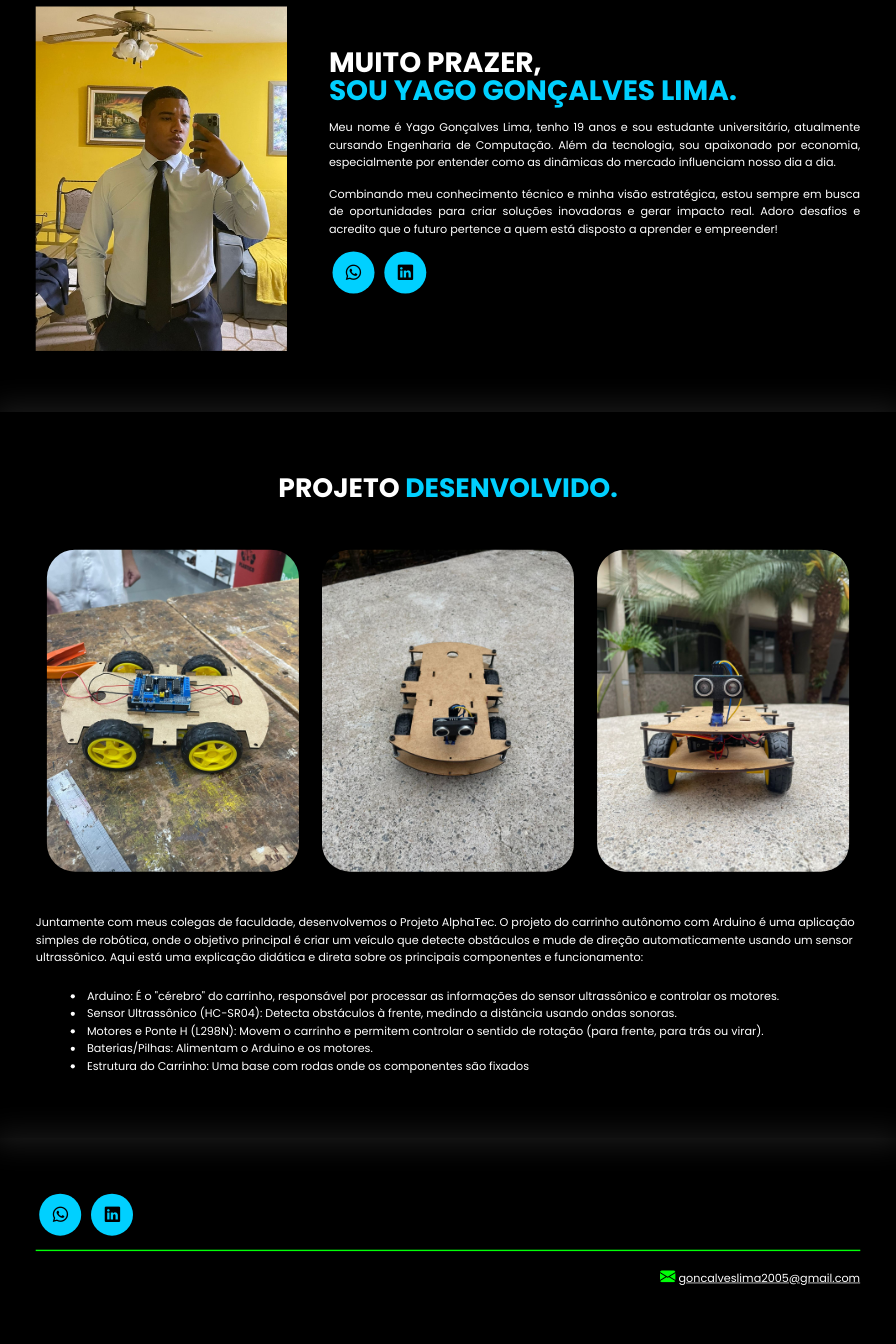
Repository: yagolima1511/Portfolio
Page: index.html
The author's editor kept a copy of each file at every save. The page is drawn from the files as they stood at one save, then again after the next save.
The browser window is 1280 px wide. The pictures show the part of the page from y = 1556 to 3476 px (the page is 3476 px tall), at 70% of full size.

Above is the page before, as saved 2025-02-13 22:19:26.

### index.html
<!DOCTYPE html>
<html lang="pt-br">
<head>
    <meta charset="UTF-8">
    <meta name="viewport" content="width=device-width, initial-scale=1.0">
    <link rel="preconnect" href="https://fonts.googleapis.com">
<link rel="preconnect" href="https://fonts.gstatic.com" crossorigin>
<link href="https://fonts.googleapis.com/css2?family=Cabin:ital,wght@0,400..700;1,400..700&family=Poppins:ital,wght@0,100;0,200;0,300;0,400;0,500;0,600;0,700;0,800;0,900;1,100;1,200;1,300;1,400;1,500;1,600;1,700;1,800;1,900&display=swap" rel="stylesheet">
<link rel="stylesheet" href="https://cdn.jsdelivr.net/npm/bootstrap-icons@1.11.3/font/bootstrap-icons.min.css">
    <link rel="stylesheet" href="style.css">
    <link rel="icon" href="imagens.portifolio/logo_yago_sem_fundo.png">
    <title>Yago Gonçalves Lima</title>
</head>
<body>

    <header>
        <div class="interface">
             <nav>
                <nav class="menu-desktop">
                    <ul>
                        <li><a href="#início">Início</a></li>
                        <li><a href="#especialidades">Especialidades</a></li>
                        <li><a href="#sobre">Sobre</a></li>
                        <li><a href="#projetos">Projetos</a></li>
                    </ul>
                </nav>
             </nav>
             <div class="btn-contato">
                <a href="https://api.whatsapp.com/send?phone=5511951423405">
                    <button>Contato</button>
                </a>
             </div>
        </div><!--INTERFACE-->
    </header>

    <main>
        <section id="início">
        <section class="topo-do-site">
            <div class="interface">
                <div class="flex">
                    <div class="txt-topo-site">
                       <h1>PORTIFOLIO YAGO GONÇALVES LIMA <span>.</span></h1>
                       <p>Bem-vindo ao meu portfólio! Aqui, você encontrará informações sobre minhas experiências profissionais, trajetória acadêmica e cursos complementares, destacando meu desenvolvimento nas áreas administrativas, financeiras e técnicas. Cada etapa reflete meu comprometimento com aprendizado e resultados.</p>
                       <p>Além disso, este espaço é uma oportunidade para conhecer um pouco mais sobre mim, minhas habilidades, interesses e valores. Sinta-se à vontade para explorar e entrar em contato caso queira conversar ou colaborar em novos projetos!</p>

                       <div class="btn-contato">
                        <a href="https://www.canva.com/design/DAGZft-klJw/L4ZIEv-Um3k0rW6E9iZL9g/edit?utm_content=DAGZft-klJw&utm_campaign=designshare&utm_medium=link2&utm_source=sharebutton">
                            <button>Dashboard CV</button>
                        </a>
                       </div>
                    </div>
                    <div class="img-topo-site">
                        <img id="img-home" src="imagens.portifolio/yago sem fundo.png" alt="" class="tamanho-fixo">

                    </div>
                </div>
            </div>
        </section>
    </section>
        <section id="especialidades">

        <section class="especialidades">
            <div class="interface">
                <h2 class="titulo">MINHAS <span>ESPECIALIDADES.</span></h2>
                <div class="flex">
                     <div class="especialidades-box">
                     <i class="bi bi-code-square"></i>
                     <h3>Habilidades</h3>
                     <p>Sou um profissional proativo, esforçado e com grande vontade de aprender, características que me ajudam a enfrentar desafios e buscar soluções inovadoras. Tenho domínio no Pacote Office, o que me permite atuar de forma eficiente em tarefas administrativas e organizacionais. Além disso, minha criatividade contribui para pensar fora da caixa e agregar valor em diferentes contextos.</p>
                </div>


                     <div class="especialidades-box">
                        <i class="bi bi-highlighter"></i>
                     <h3>Cursos Complementares</h3>
                     <p>Possuo cursos complementares em Veículos Elétricos e Híbridos, Empreendedorismo e Finanças Pessoais, que ampliam meu conhecimento em áreas estratégicas e práticas. Essas formações reforçam minha visão inovadora e meu compromisso com o aprendizado contínuo.</p>
                </div>

                     <div class="especialidades-box">
                        <i class="bi bi-person-workspace"></i>
                     <h3>Experiências</h3>
                     <p>Possuo experiência em áreas administrativas e financeiras, com passagens por empresas como D.R. Lima, onde atuei como assistente financeiro e administrativo, e atualmente na Rede Duque, desempenhando a função de auxiliar administrativo. Entre minhas responsabilidades estão controle de caixas, conferência de valores, gestão de orçamentos, emissão de notas fiscais e controle de despesas.
                    </p>
                </div>
            </div>
        </section>
    </section>
             <section id="sobre">
                    <section class="sobre">
                        <div class="interface">
                            <div class="flex">
                                <div class="img-sobre">
                                    <img src="imagens.portifolio/camisa gravata.jpeg" alt="" class="tamanho-fixo">
                                </div>
                                <div class="txt-sobre">
                                      <h2>MUITO PRAZER,<span> SOU YAGO GONÇALVES LIMA.</span> </h2>
                                          <p>Meu nome é Yago Gonçalves Lima, tenho 19 anos e sou estudante universitário, atualmente cursando Engenharia de Computação. Além da tecnologia, sou apaixonado por economia, especialmente por entender como as dinâmicas do mercado influenciam nosso dia a dia.</p>
                                          <p>Combinando meu conhecimento técnico e minha visão estratégica, estou sempre em busca de oportunidades para criar soluções inovadoras e gerar impacto real. Adoro desafios e acredito que o futuro pertence a quem está disposto a aprender e empreender!</p>
                                          <div class="btn-social">

                                                <a href="https://api.whatsapp.com/send?phone=5511951423405"><button><i class="bi bi-whatsapp"></i></button></a>
                                                <a href="https://www.linkedin.com/in/yago-lima-50758a299?utm_source=share&utm_campaign=share_via&utm_content=profile&utm_medium=ios_app"><button><i class="bi bi-linkedin"></i></button></a>

                                          </div>
                                </div>

                            </div>
                        </div>
                    </section>
                </section>
                    <section id="projetos">

                    <section class="projetos">
                        <div class="interface">
                            <h2><h2 class="titulo">PROJETO <span>DESENVOLVIDO.</span></h2></h2>

                           <div class="flex">
                            <div class="img-proj" style="background-image: url(imagens.portifolio/WhatsApp\ Image\ 2024-12-10\ at\ 22.25.13.jpeg);">
                                <div class="overlay">Projeto AlphaTec</div>
                            </div>
                            <div class="img-proj" style="background-image: url(imagens.portifolio/WhatsApp\ Image\ 2024-12-10\ at\ 22.20.26.jpeg);">
                                <div class="overlay">Projeto AlphaTec</div>
                            </div>
                            <div class="img-proj" style="background-image: url(imagens.portifolio/WhatsApp\ Image\ 2024-12-10\ at\ 22.20.24.jpeg);">
                                <div class="overlay">Projeto AlphaTec</div>

                            </div>
                           </div>
                        </div>

                        <section class="projeto">
                            <div class="interface">
                                <div class="flex">
                        <div class="txt-paragrafo-projeto">
                                <p>Juntamente com meus colegas de faculdade, desenvolvemos o Projeto AlphaTec. O projeto do carrinho autônomo com Arduino é uma aplicação simples de robótica, onde o objetivo principal é criar um veículo que detecte obstáculos e mude de direção automaticamente usando um sensor ultrassônico. Aqui está uma explicação didática e direta sobre os principais componentes e funcionamento:</p>

                        </div> <!--txt-->
                    </div>
                            </div><!--INTERFACE-->



                     </section>


                     <ul>
                        <li>
                            Arduino: É o "cérebro" do carrinho, responsável por processar as informações do sensor ultrassônico e controlar os motores.
                        <li>

                                Sensor Ultrassônico (HC-SR04): Detecta obstáculos à frente, medindo a distância usando ondas sonoras.
                            </li>
                            <li>
                                Motores e Ponte H (L298N): Movem o carrinho e permitem controlar o sentido de rotação (para frente, para trás ou virar).
                            </li>
                            <li>
                                Baterias/Pilhas: Alimentam o Arduino e os motores.
                            </li>
                            <li>
                                Estrutura do Carrinho: Uma base com rodas onde os componentes são fixados
                            </li>
                        </ul>

                    </section>
                </section>


    </main>
    <footer>
        <div class="interface">
            <div class="line-footer">
                <div class="flex">
                <div class="btn-social">

                    <a href="https://api.whatsapp.com/send?phone=5511951423405"><button><i class="bi bi-whatsapp"></i></button></a>
                    <a href="https://www.linkedin.com/in/yago-lima-50758a299?utm_source=share&utm_campaign=share_via&utm_content=profile&utm_medium=ios_app"><button><i class="bi bi-linkedin"></i></button></a>

              </div>
            </div>
            </div>
                <div class="line-footer borda">
                    <p><i class="bi bi-envelope-fill"></i> <a href="mailto:goncalveslima2005@gmail.com">goncalveslima2005@gmail.com</a></p>

            </div>

        </div>
    </footer>
</body>
</html>

### style.css
/*ESTILO GERAL*/
html {
    scroll-behavior: smooth;
}

*{
    margin: 0;
    padding: 0;
    box-sizing: 0;
    font-family: "Poppins", serif;
}

body{
    background-color: black;
    height: 100vh;
}

.interface{
    max-width: 1280px;
    margin: 0 auto;
}

.flex{
    display: flex;
}

.btn-contato button{
    padding: 10px 40px;
    font-size: 18px;
    font-weight: 700;
    background-color: #00d0ff;
    border: 0;
    border-radius: 30px;
    cursor: pointer;
    transition: .2s;
}

h2.titulo{
    color: white;
    font-size: 38px;
    text-align: center;
}

h2.titulo span{
    color: #00d0ff;
}

 button:hover{
    box-shadow: 0px 0px 8px #00d0ff;
    transform: scale(1.05);
}

/* ESTILO DO CABEÇALHO */
header{
    padding: 40px 4%;
}

header > .interface{
    display: flex;
    align-items: left;
    justify-content: space-between;
}

header a{
    color: #7d7d7d;
    text-decoration: none;
    display: inline-block;
    transition: .2s;
}

header a:hover{
    color:#fff;
    transform: scale(1.05);
}

header nav ul{
    list-style-type: none;
}

header nav ul li{
    display: inline-block;
    padding: 0 50px;
}

/* ESTILO DO TOPO DO SITE */
section.topo-do-site{
    padding: 40px 0%;
}

section.top-do-site.flex{
    align-items: center;
    justify-content: center;
    gap: 90px;
}

.topo-do-site h1{
    color: white;
    font-size: 42px;
    line-height: 40px;
}

.txt-topo-site span{
    color: #00ff08;
}

.topo-do-site .txt-topo-site p{
    color: white;
    margin: 40px 30px;

}

.topo-do-site .img-topo-site img{
    position: relative;
    animation: flutuar 2s ease-in-out infinite alternate;
}

@keyframes flutuar{
    0%{
        top: 0;
    }
    100%{
        top: 30px;
    }
}

/* ESPECIALIDADES */
section.especialidades{
    padding: 40px 4%;
}

section.especialidades .flex{
    gap: 60px;
}

.especialidades .especialidades-box{
    color: white;
    padding: 40px;
    border-radius: 20px;
    margin-top: 45px;
    transition: .2s;
}

.especialidades .especialidades-box:hover{
    transform: scale(1.05);
    box-shadow: 0 0 8px #ffffff78;
}

.especialidades .especialidades-box i{
    font-size: 80px;
    color: #00d0ff;
}

.especialidades .especialidades-box h3{
   font-size: 28px;
   margin: 15px 0;
}

/* ESTILO SOBRE */
section.sobre{
    padding: 80px 4%;
}

section.sobre .flex{
    align-items: center;
    gap: 60px;
}

.sobre .txt-sobre{
    color: white;
    line-height: 40px;
    margin-bottom: 30px;
}

.sobre .txt-sobre h2{
    font-size: 40px;
}

.sobre .txt-sobre h2 span{
    color: #00d0ff;
    display: block;
}

.sobre .txt-sobre p{
     margin: 20px 0;
     text-align: justify;
     line-height: 25px;
}

 .btn-social button{
     width: 60px;
     height: 60px;
     border-radius: 50%;
     border: none;
     background-color: #00d0ff;
     font-size: 22px;
     cursor: pointer;
     margin: 0 5px;
     transition: 2.s;
}

/* ESTILO DO PORTIFÓLIO */
section.projetos{
     padding: 80px 4%;
     box-shadow: 0 0 40px 10px rgba(255, 255, 255, 0.107);
}

section.projetos .flex{
    justify-content: space-around;
    margin-top: 60px;
}

.img-proj{
    width: 360px;
    height: 460px;
    background-size: cover;
    background-position: 100% 0%;
    transition: 1s;
    cursor: pointer;
    border-radius: 40px;  /* DEIXA A FOTO C ASA BORDAS REDONDAS */
    position: relative;
}

.img-proj:hover{
    background-position: 100% 100%;
}


.overlay{
    position: absolute;
    top: 0;
    left: 0;
    width: 100%;
    height: 100%;
    background-color: #010d01c3;
    border-radius: 40px;
    display: flex;
    align-items: center;
    justify-content: center;
    font-size: 24px;
    font-weight: 600;
    color: white;
    opacity: 0;
    transition: .5s;
}

.overlay:hover{
    opacity: 1;
}

.txt-paragrafo-projeto p{
    color: white;
    margin-bottom: 20px;
}

ul{
    list-style-position: inside;
    color: white;
    padding: 10px 50px;
}

/* ESTILO DO RODAPÉ */

footer{
    padding: 60px 4%;
    box-shadow: 0 0 40px 10px rgba(255, 255, 255, 0.090);
}

footer .flex{
    justify-content: space-between;
}

footer .line-footer{
    padding: 20px 0;
}

.borda{
    border-top: 2px solid #00ff08;
}

footer .line-footer p i{
    color: #00ff08;
    font-size: 22px;
}

footer .line-footer p a{
    color: white;
}

footer .line-footer p{
    text-align: right;
}



@media screen and (max-width: 1041.60px){
    /*classes gerais*/

    .flex{
        flex-direction: column-reverse;
    }

    h2.titulo{
        font-size: 34px;
        line-height: 40px;
    }

    /*cabeçalho*/
    .menu-desktop, .btn-contato{
        display: none;
    }

    .img-topo-site {
        display: none;
    }

    .txt-topo-site h1{
        margin: 7px;
        text-align: center;
        font-size: 35px;
    }

    /*topo do site*/

    section.top-do-site .flex{
        gap: 40px;

    section.topo-do-site{
        padding: 20px 8%;
    }


    .topo-do-site h1{
        font-size: 30px;
    }


    .topo-do-site .img-topo-site img{
        width: 100%;

    }
}
    /* ESPECIALIDADES */
section.especialidades{
    padding: 40px 8%;
}
/* SOBRE */
section.sobre{
    padding: 80px 8%;
}
.sobre .txt-sobre h2{
    font-size: 35px;
    line-height: 35px;
    text-align: center;
}
.btn-social{
    text-align: center;
}

.img-sobre img{
    width: 100%;
}

/* PROJETO*/
section.projetos{
    padding: 80px 8%;
}
.img-proj{
    width: 100%;
    max-width: 360px;
    margin: 0 auto;

}

section.projetos .flex{
   gap: 60px;
}
footer .flex{
    flex-direction: column;
}

footer .line-footer p{
    text-align: center;
}


}

.tamanho-fixo{


    height: 492px;
}

header a {
    color: #bdbdbd;
    text-decoration: none;
    display: inline-block;
    transition: .2s;
}

After the next save:
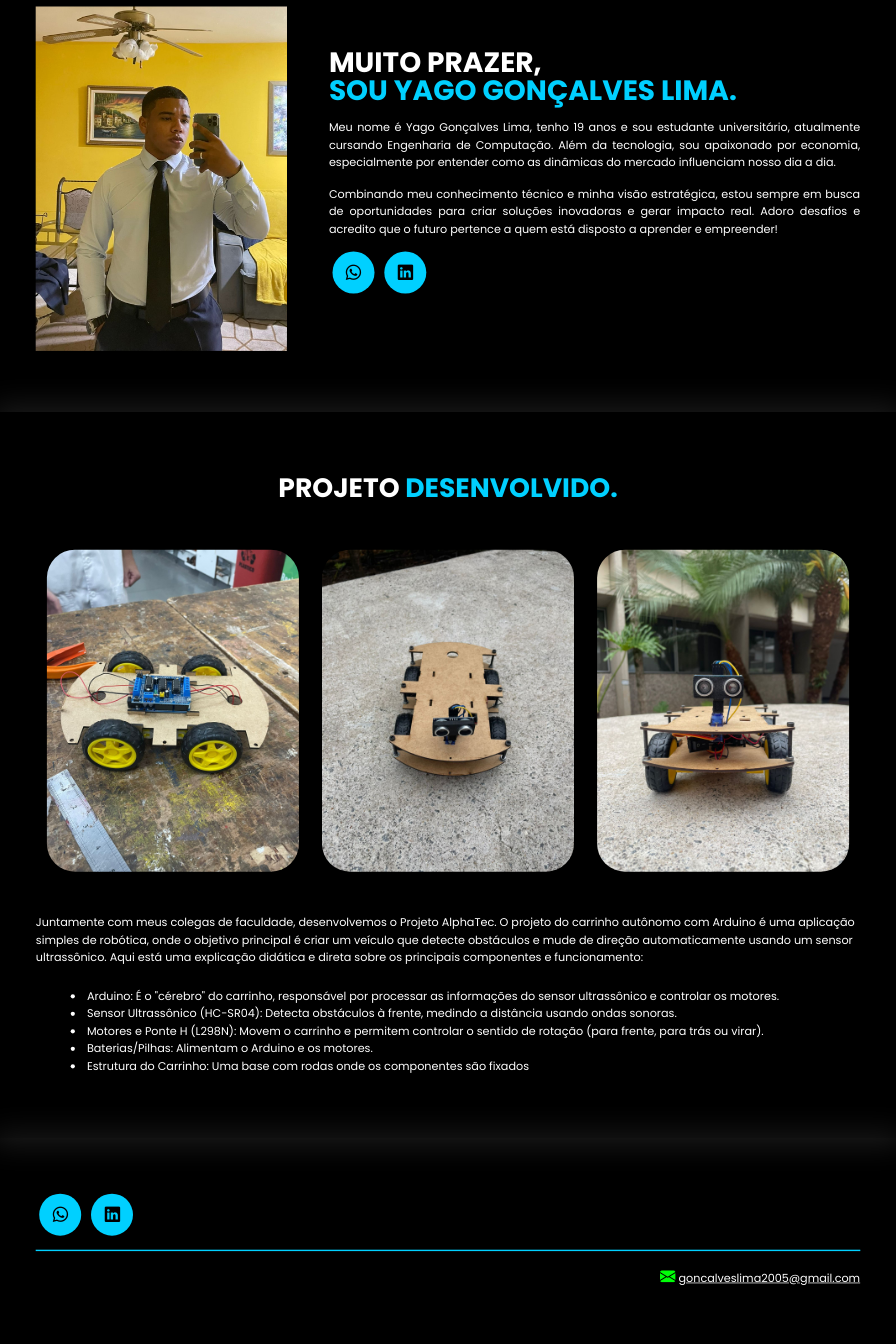
Saved 17 s later.
--- a/style.css
+++ b/style.css
@@ -274,7 +274,7 @@ footer .line-footer{
 }
 
 .borda{
-    border-top: 2px solid #00ff08;
+    border-top: 2px solid #00d0ff;
 }
 
 footer .line-footer p i{
